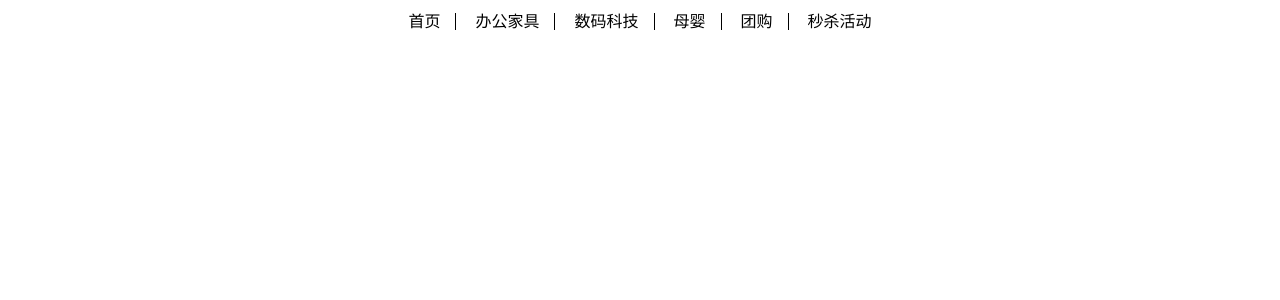
Repository: fixbb/workspace
Page: 011CSS层叠/index.html
These files come from the project's save history. The page is drawn as it stood at one moment and after the next save; the edit follows.
The browser window is 1280 px wide. The pictures show the whole page.

Above is the page before, as saved 2021-08-27 12:20:46.

### 011CSS层叠/index.html
<!DOCTYPE html>
<html lang="en">

<head>
    <meta charset="UTF-8">
    <meta http-equiv="X-UA-Compatible" content="IE=edge">
    <meta name="viewport" content="width=device-width, initial-scale=1.0">
    <title>CSS样式层叠</title>
    <style>
        #navigation {
            text-align: center;
        }
        .item {
            text-decoration: none;
            color: black;
            border-right: solid 1px black;
            padding: 0% 15px;
        }
    </style>
</head>

<body>
    <div id="navigation">
        <a href="" class="item">首页</a>
        <a href="" class="item">办公家具</a>
        <a href="" class="item">数码科技</a>
        <a href="" class="item">母婴</a>
        <a href="" class="item">团购</a>
        <a href="" class="item" style="border: none;">秒杀活动</a>
    </div>
</body>

</html>

After the next save:
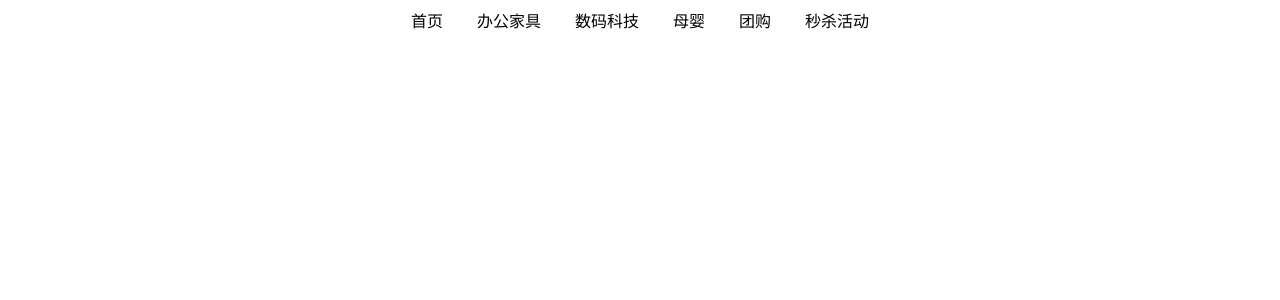
Saved 60 s later.
--- a/011CSS层叠/index.html
+++ b/011CSS层叠/index.html
@@ -16,6 +16,9 @@
             border-right: solid 1px black;
             padding: 0% 15px;
         }
+        #navigation .item {
+            border: none;
+        }
     </style>
 </head>
 
@@ -26,7 +29,7 @@
         <a href="" class="item">数码科技</a>
         <a href="" class="item">母婴</a>
         <a href="" class="item">团购</a>
-        <a href="" class="item" style="border: none;">秒杀活动</a>
+        <a href="" class="item">秒杀活动</a>
     </div>
 </body>
 
